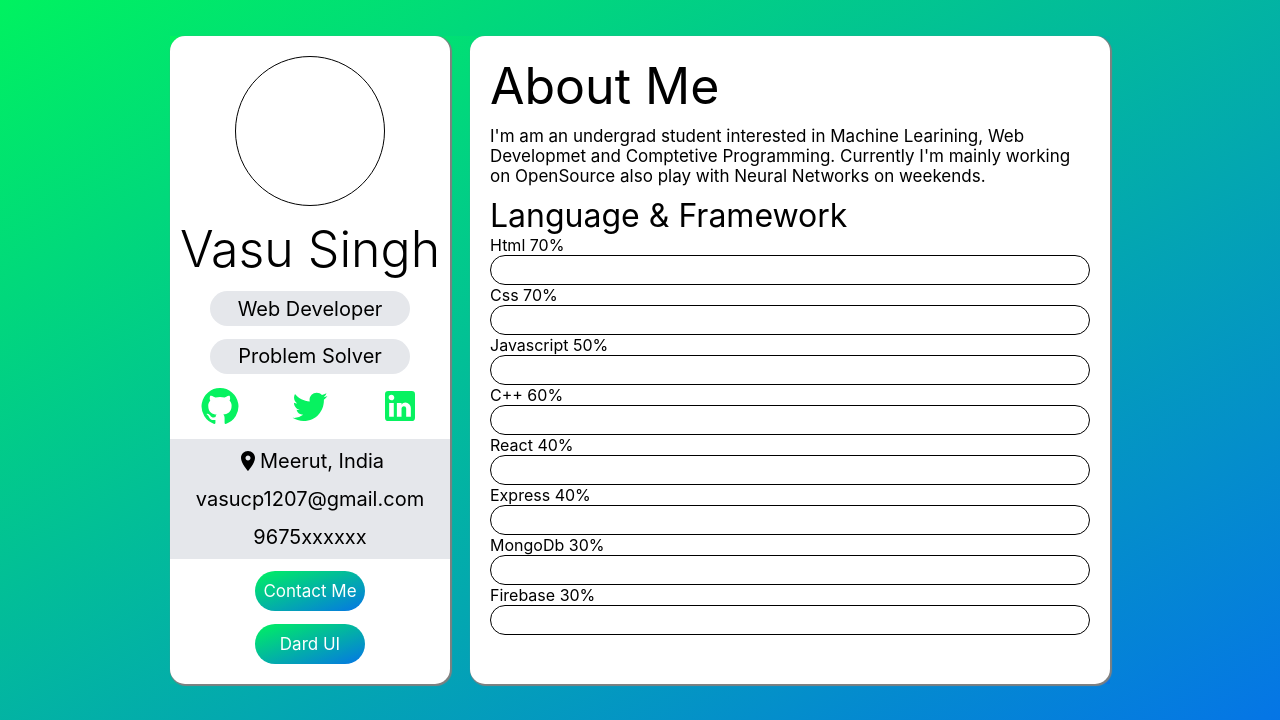
Repository: vasucp1207/grid-port
Page: /about
The author's editor kept a copy of each file at every save. The page is drawn from the files as they stood at one save, then again after the next save.
The browser window is 1280 px wide. The pictures show the whole page.
Some web fonts or font styles are not loaded; a fallback is used. The project was rebuilt for these pictures with package versions that can differ from the ones it lists, and the page was loaded fresh each time. Also part of the build but not shown: src/pages/Home.js, src/pages/Projects.js.

Above is the page before, as saved 2022-08-17 01:42:48.

After the next save:
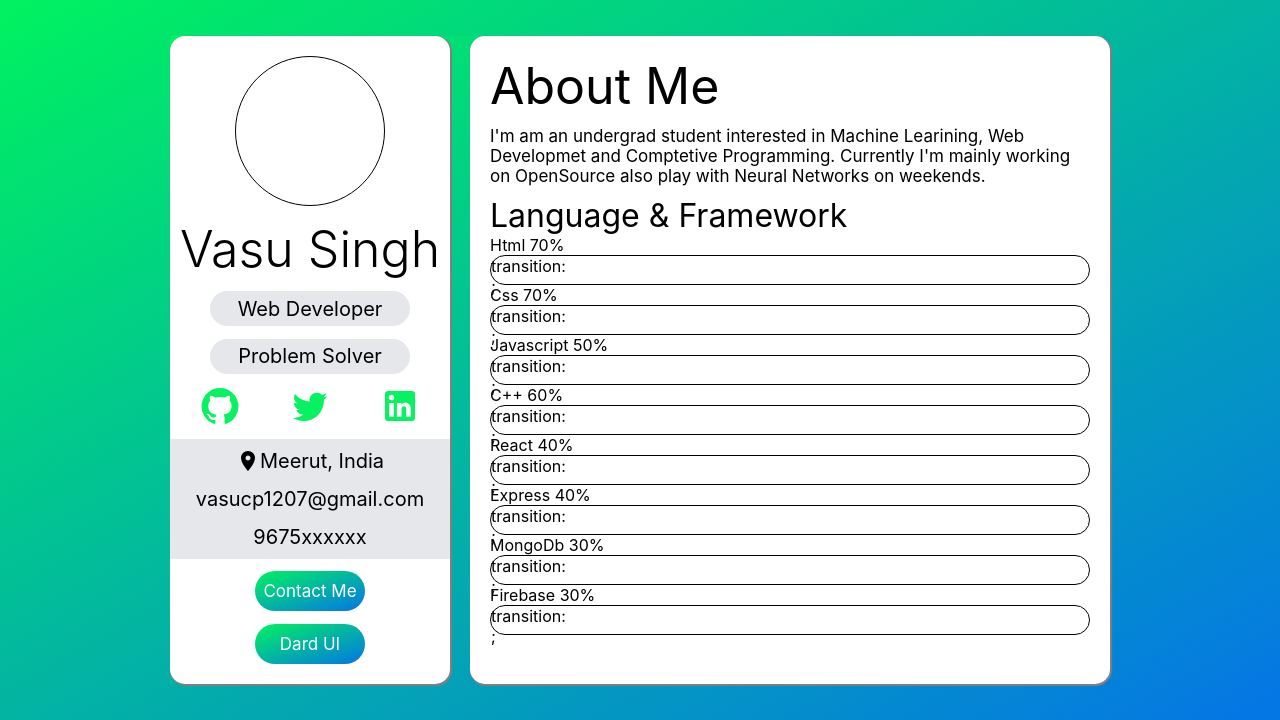
Saved 8 s later.
--- a/src/components/ProgressBar.js
+++ b/src/components/ProgressBar.js
@@ -11,7 +11,7 @@ function ProgressBar({lang, per}) {
                 <div class='c-bar'>
                     {/* <div class='c-fill' per={per}></div> */}
                     <motion.div className='fill'>
-
+                        transition: ;
                     </motion.div>
                 </div>
             </div>
